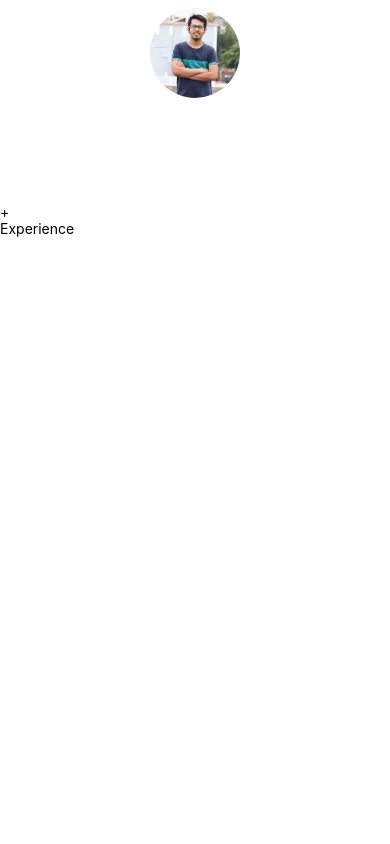
Repository: harishbariya/React-Native-ui-desiign
Screen: /
The author's editor kept a copy of each file at every save. The screen is drawn from the files as they stood at one save, then again after the next save.
The app was drawn by React Native's web renderer in a window 390 px wide. The project was rebuilt for these pictures with package versions that can differ from the ones it lists, and the page was loaded fresh each time.

Above is the screen before, as saved 2021-11-17 14:21:49.

After the next save:
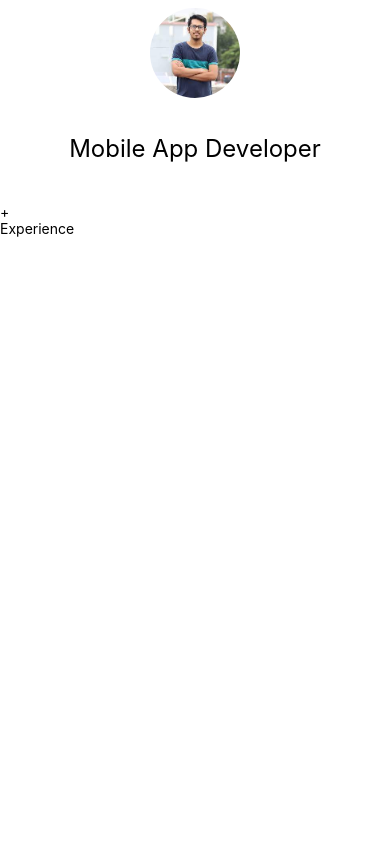
Saved 12 s later.
--- a/App.js
+++ b/App.js
@@ -36,7 +36,7 @@ const styles=StyleSheet.create({
 
   },
   textstyles:{
-    color:"#fff",
+    color:"#000",
     textAlign:"center",
   }
 
